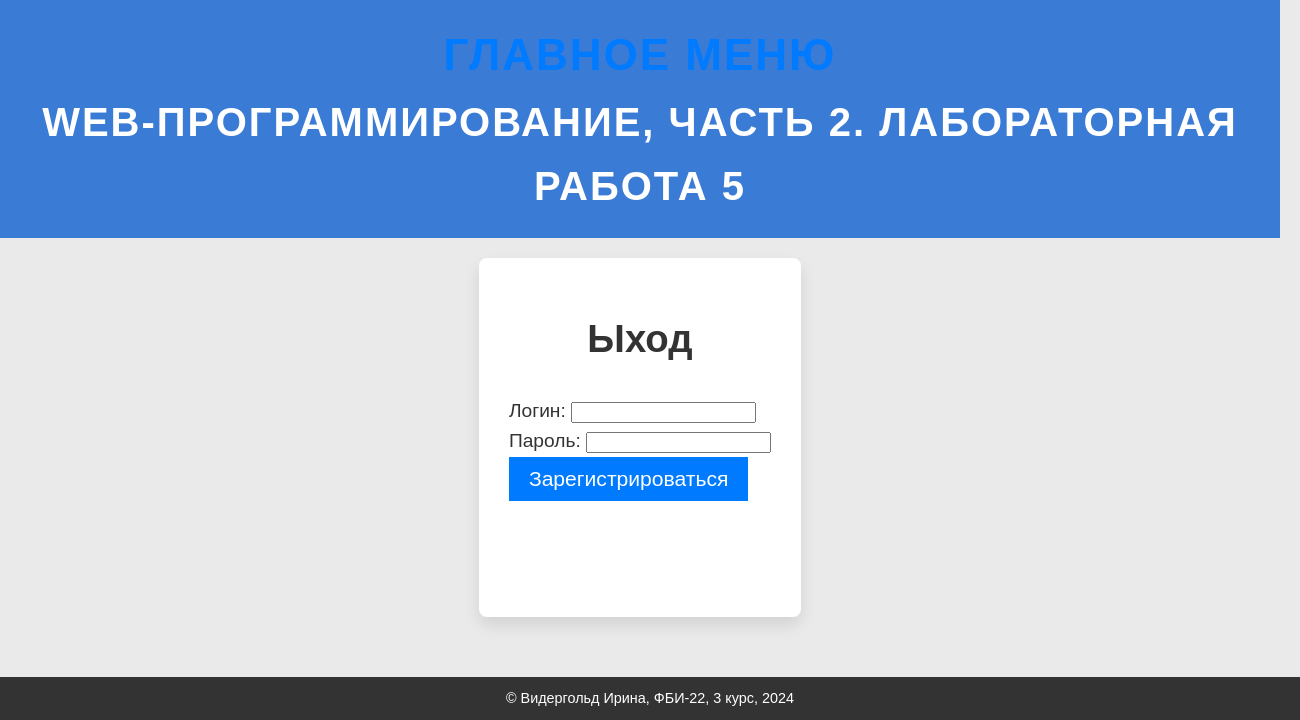
Repository: vidergooold/web-programming-labs_2-
Page: templates/lab5/login.html
An editor plug-in stored every save of this project. The page is shown before and after the next save, followed by the edit.
The browser window is 1280 px wide. The page is 1300 px wide, so the pictures cover 1300 px, including what lies to the right of the window. The pictures show the whole page.
The template is drawn by Flask 3. The application's start-up code is not run. The template is opened directly, without the code that normally fills it, so the values that code supplies are empty.

Above is the page before, as saved 2024-11-11 18:51:19.

After the next save:
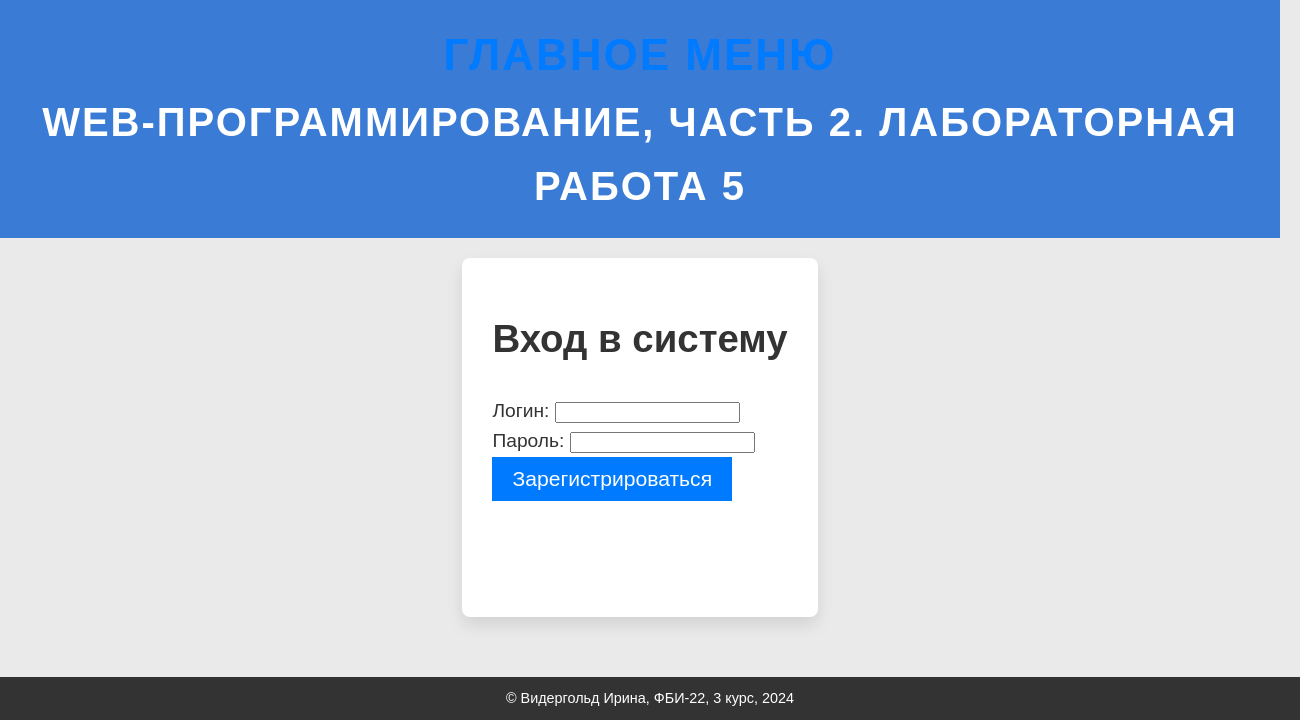
Saved 5 s later.
--- a/templates/lab5/login.html
+++ b/templates/lab5/login.html
@@ -3,7 +3,7 @@
 {% block lab %}Лабораторная работа 5{% endblock %}
 
 {% block main %}
-    <h1>Ыход</h1>
+    <h1>Вход в систему</h1>
     <form action="/lab5/register" method="post">
         <div>
             <label>Логин: <input type="text" name="login"></label>
